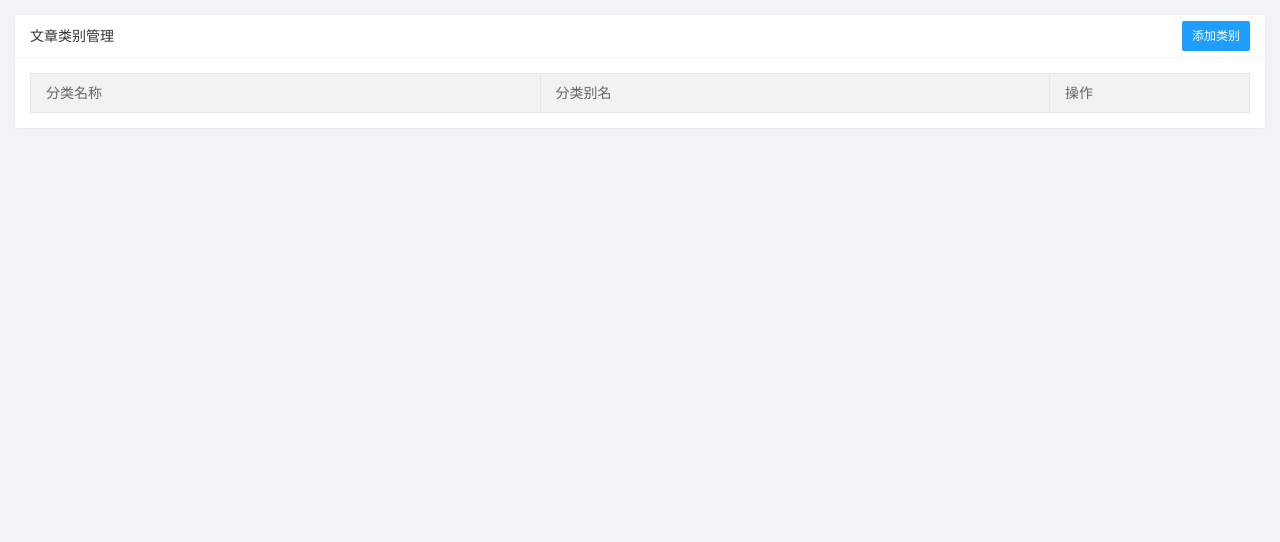
Repository: R1Deemo/Main-project
Page: article/art_cate.html
These files come from the project's save history. The page is drawn as it stood at one moment and after the next save; the edit follows.
The browser window is 1280 px wide. The pictures show the whole page.
After loading, the first visible `#btnAddCate` was clicked once.
The page's requests for data from a server got no answer.

Above is the page before, as saved 2022-11-10 10:34:19.
Console error: TypeError: Cannot read properties of undefined (reading 'status')

After the next save:
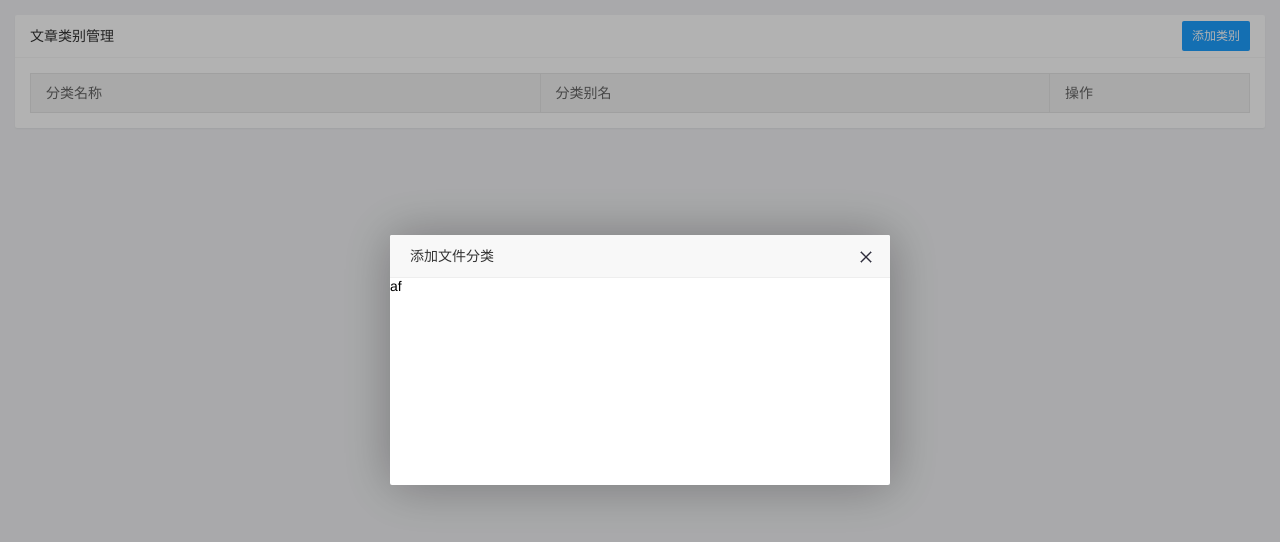
Saved 19 s later.
--- a/assets/js/article/art_cate.js
+++ b/assets/js/article/art_cate.js
@@ -4,7 +4,7 @@ $(function() {
 
     //为添加类别加入事件
     $('#btnAddCate').on('click', function() {
-        layer.onpen({
+        layer.open({
             type: 1,
             area: ['500px', '250px'],
             title: '添加文件分类',
